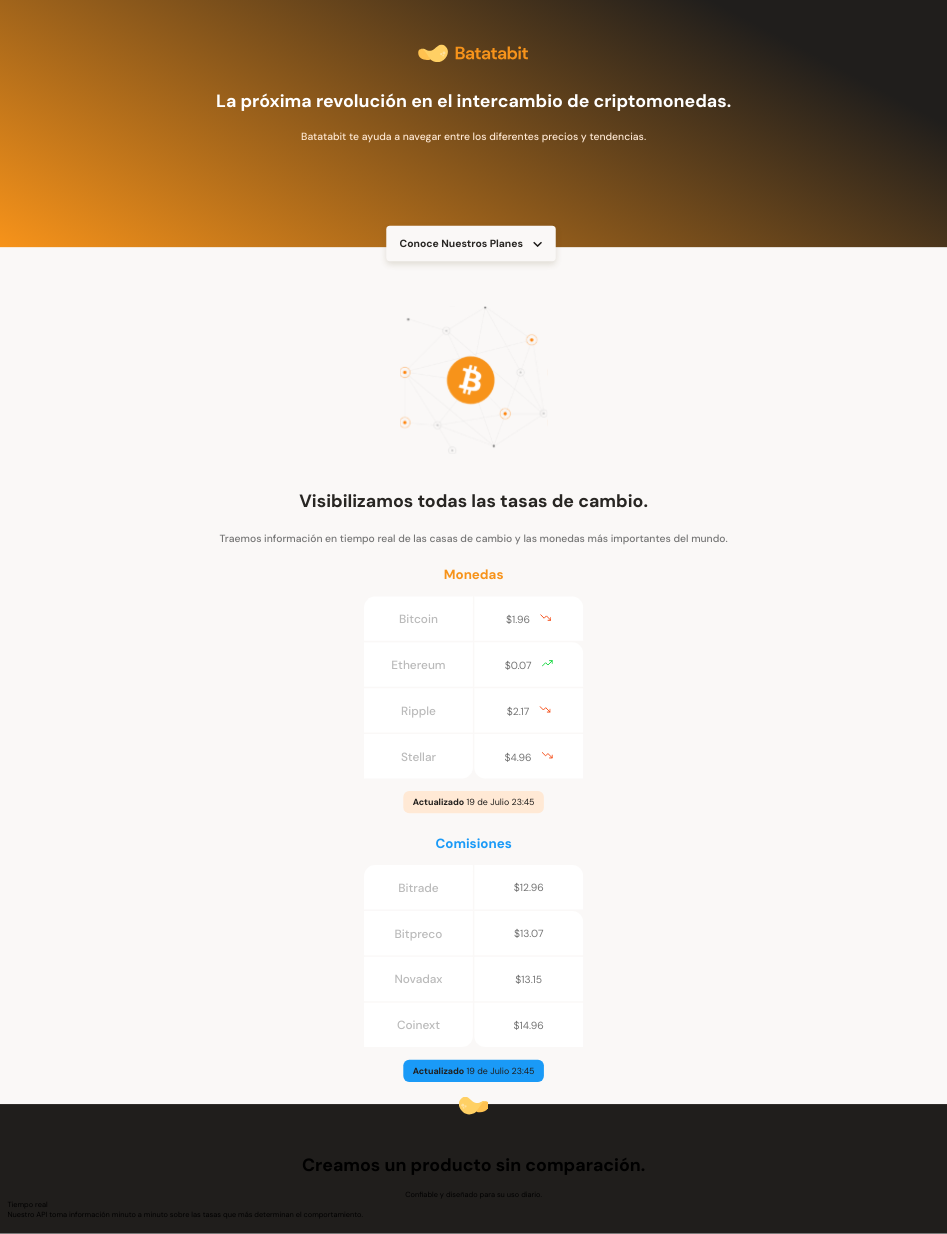
Repository: ChristianGecchelin/spa-full-css-html
Page: index.html
An editor plug-in stored every save of this project. The page is shown before and after the next save, followed by the edit.
The browser window is 1280 px wide. The pictures show the whole page, at 74% of full size.

Above is the page before, as saved 2021-11-29 19:49:30.

After the next save:
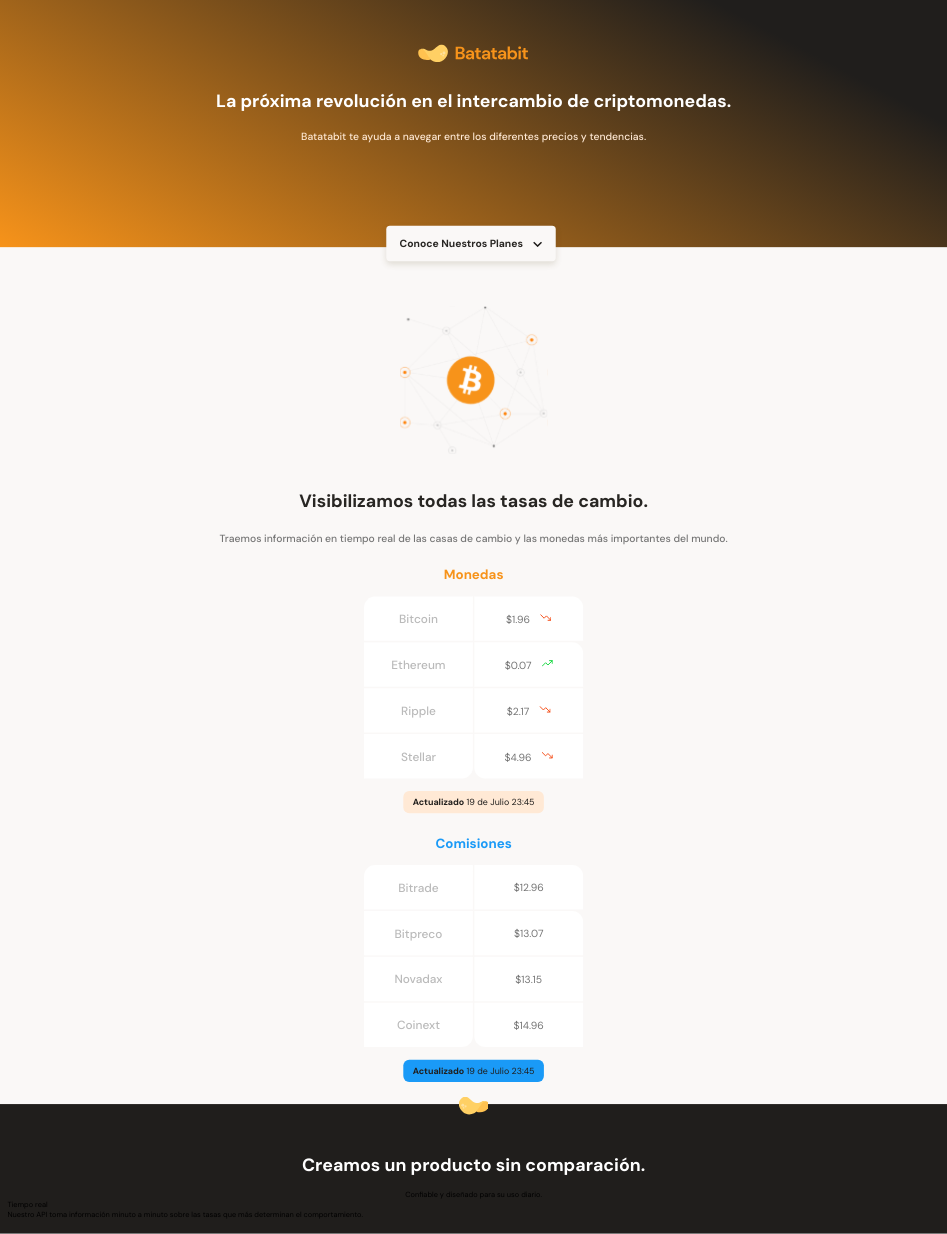
Saved 12 s later.
--- a/styles/styles.css
+++ b/styles/styles.css
@@ -278,4 +278,5 @@
   font-size: 2.4rem;
   font-weight: 700;
   line-height: 2.6rem;
-}
+  color: var(--just-white);
+}
